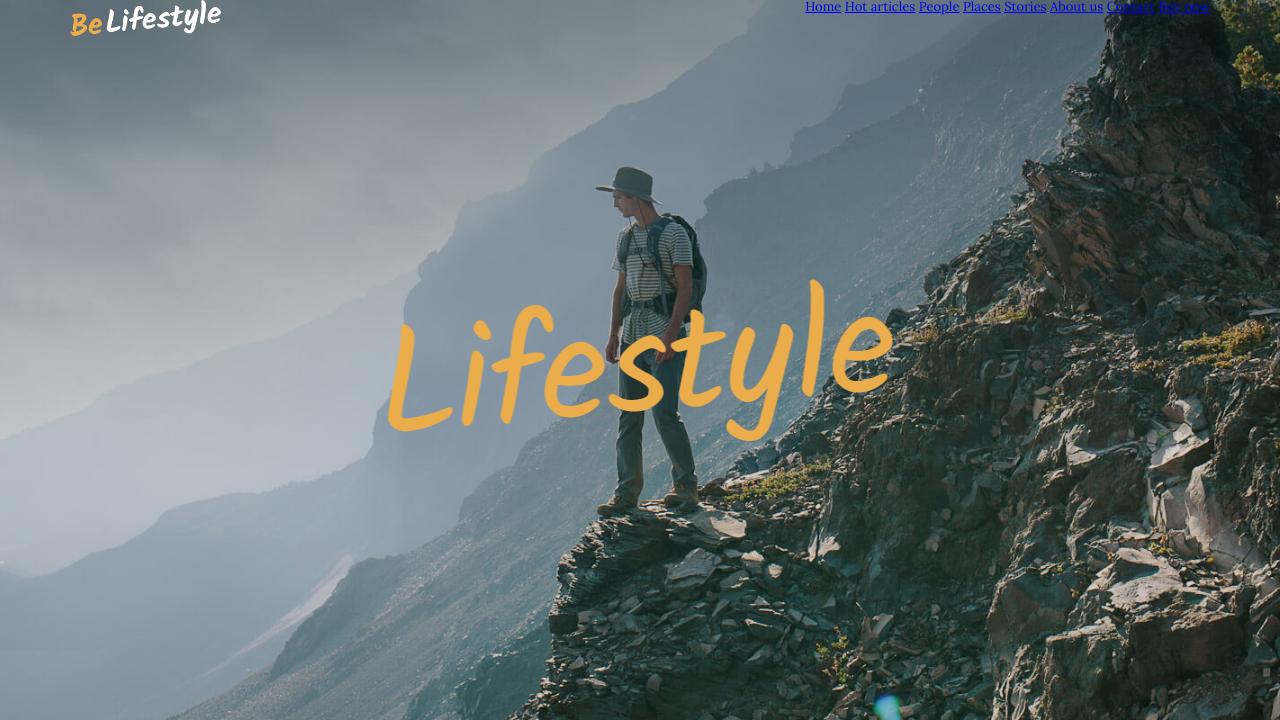
Repository: MalgorzataMazur/BeLife
Page: index.html
These files come from the project's save history. The page is drawn as it stood at one moment and after the next save; the edit follows.
The browser window is 1280 px wide. The pictures show the whole page.

Above is the page before, as saved 2019-10-30 12:17:36.

### index.html
<!DOCTYPE html>
<html lang="en-US">
<head>
    <link rel="stylesheet" href="vendors/css/normalize.css">
    <link rel="stylesheet" href="vendors/css/grid.css">
    <link rel="stylesheet" type="text/css" href="resources/css/style.css">
    <link href="https://fonts.googleapis.com/css?family=Lora:400,400i,700,700i&display=swap" rel="stylesheet">
    <title>BeLifestyle</title>
    <meta charset="UTF-8">
    <meta name="viewport" content="width=device-width, initial-scale=1.0">
    <meta http-equiv="X-UA-Compatible" content="ie=edge">
    <title>Document</title>
</head>
<body>
    <header>
        <nav>
            <div class="row">
                <img src="resources/img/retina-lifestyle.png" alt="BeLifestyle logo" class="logo">
                <ul class="main-nav">
                    <li><a href="#">Home</a></li>
                    <li><a href="#">Hot articles</a></li>
                    <li><a href="#">People</a></li>
                    <li><a href="#">Places</a></li>
                    <li><a href="#">Stories</a></li>
                    <li><a href="#">About us</a></li>
                    <li><a href="#">Contact</a></li>
                    <li><a href="#">Buy now</a></li>

                </ul>

            </div>
        </nav>
        <div class="hero-logo-box">
            <h1><img src="resources/css/img/home_lifestyle_slogan.png"></h1>
        </div>

    </header>



</body>
</html>

### resources/css/style.css
/* ---------BASIC SETUP---------- */
* {
    margin: 0;
    padding: 0;
    box-sizing: border-box;
}

html {
    color: #9d9fa0;
    font-family: "Lora", Arial, Tahoma, sans-serif;
    font-weight: 400;
    font-size: 13px;

}

/* ---------REAUSABLE COMPONENTS---------- */
.row {
    max-width: 1140px;
    margin: 0 auto;
}

/* ---------HEADINGS---------- */
h1 {
    margin: 0;
    position: absolute;
    left: 50%;
    top: 50%;
    transform: translate(-50%,-50%);
    width: 505px;
    height: 162px;

}

/* ---------HEADER---------- */
header {
    background-image:  url(img/home_lifestyle_blog_sectionbg1.jpg);
    background-size: cover;
    background-position: center;
    height: 100vh;
}

.hero-logo-box {
    width: 1140px;
}

.logo {
    height: 36px;
    width: auto;
    float: left;

}

.main-nav {
    float: right;
    list-style: none;

}
.main-nav li {
    display: inline-block;
    font-size: 15px;
    margin: 0;
    font-size: 100%;
}

Loaded but not shown: vendors/css/normalize.css (library); vendors/css/grid.css (library)

After the next save:
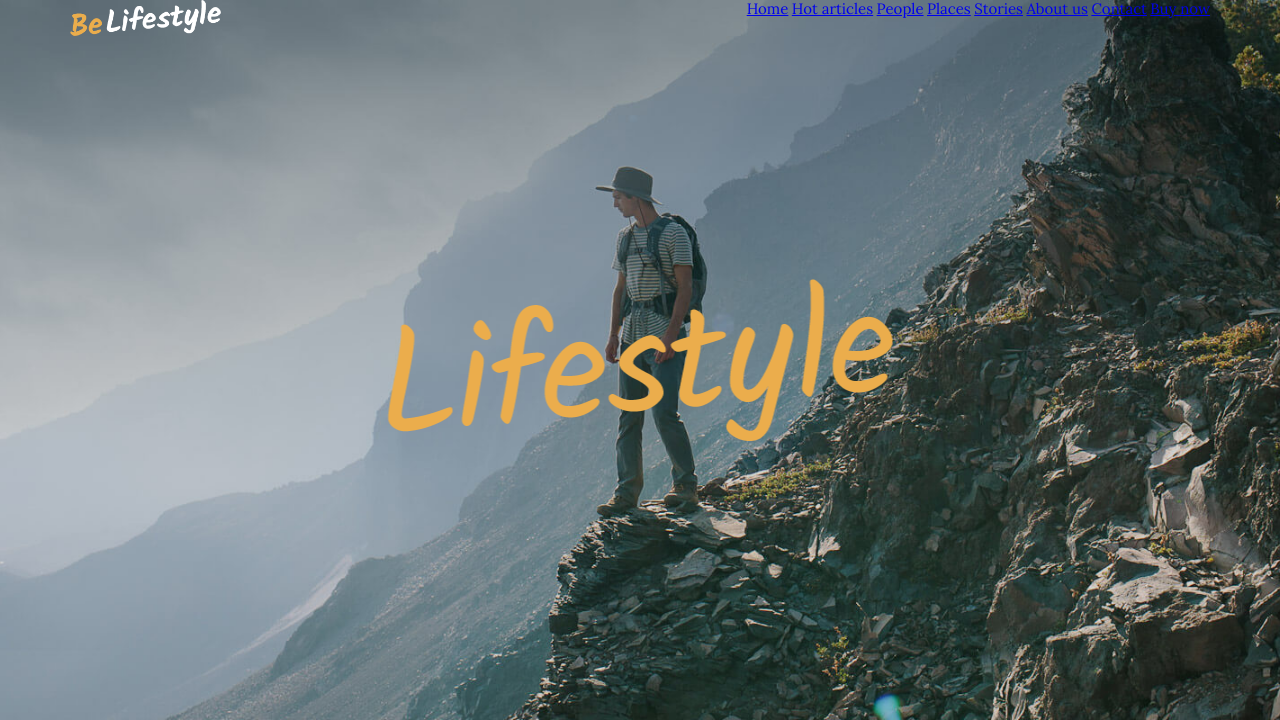
Saved 113 s later.
--- a/resources/css/style.css
+++ b/resources/css/style.css
@@ -59,5 +59,5 @@ header {
     display: inline-block;
     font-size: 15px;
     margin: 0;
-    font-size: 100%;
+
 }
